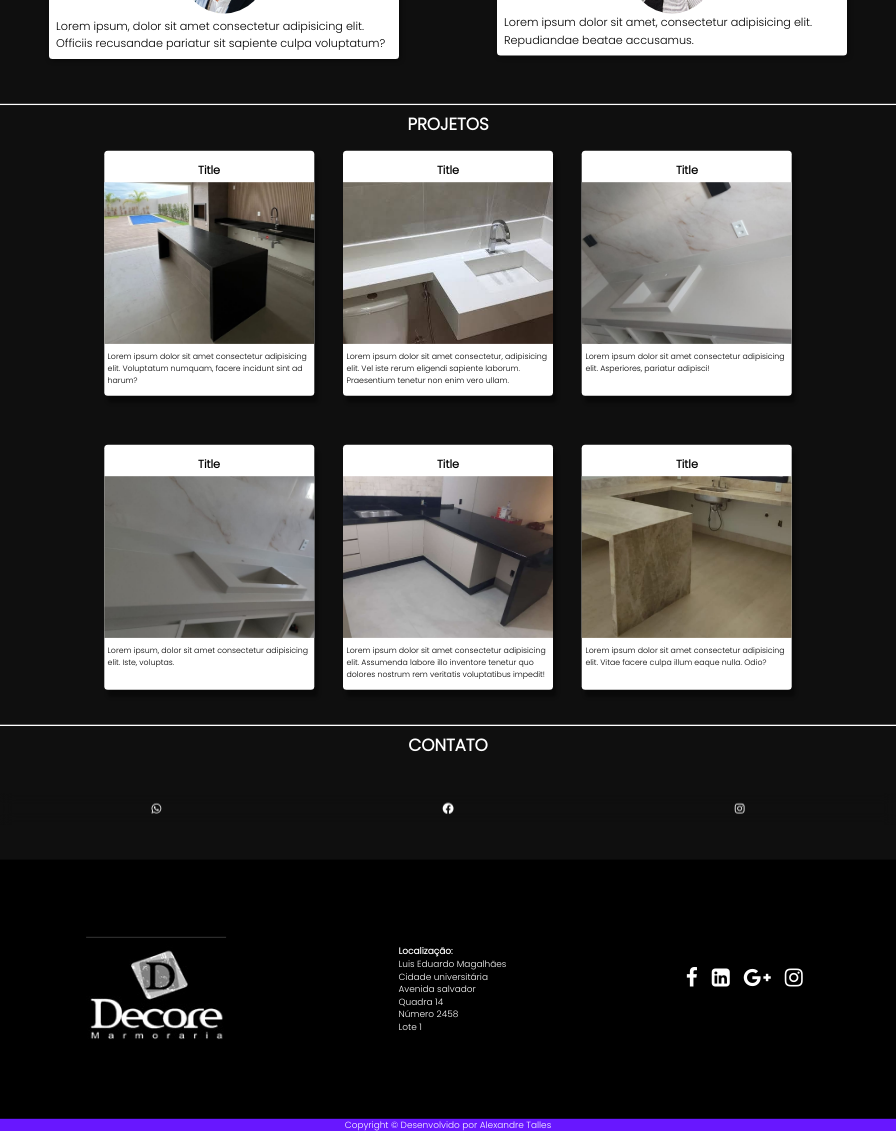
Repository: XFERRER7/projeto-xt7
Page: projetoMarmoraria/index.html
An editor plug-in stored every save of this project. The page is shown before and after the next save, followed by the edit.
The browser window is 1280 px wide. The pictures show the part of the page from y = 1316 to 3236 px (the page is 2932 px tall before and 3236 px after), at 70% of full size.
Some web libraries are served in a nearby version.

Above is the page before, as saved 2022-05-09 18:42:17.

### projetoMarmoraria/index.html
<!DOCTYPE html>
<html lang="pt-br">

<head>
  <meta charset="UTF-8">
  <meta http-equiv="X-UA-Compatible" content="IE=edge">
  <meta name="viewport" content="width=device-width, initial-scale=1.0">
  <title>Marmoraria Decore</title>
  <link rel="stylesheet" href="css/style.css">
  <link rel="stylesheet" href="https://cdnjs.cloudflare.com/ajax/libs/font-awesome/6.1.1/css/all.min.css"
    integrity="sha512-KfkfwYDsLkIlwQp6LFnl8zNdLGxu9YAA1QvwINks4PhcElQSvqcyVLLD9aMhXd13uQjoXtEKNosOWaZqXgel0g=="
    crossorigin="anonymous" referrerpolicy="no-referrer" />
  <link rel="stylesheet" href="https://cdnjs.cloudflare.com/ajax/libs/font-awesome/6.1.1/css/solid.min.css"
    integrity="sha512-qzgHTQ60z8RJitD5a28/c47in6WlHGuyRvMusdnuWWBB6fZ0DWG/KyfchGSBlLVeqAz+1LzNq+gGZkCSHnSd3g=="
    crossorigin="anonymous" referrerpolicy="no-referrer" />
  <link rel="stylesheet" href="https://cdnjs.cloudflare.com/ajax/libs/font-awesome/4.7.0/css/font-awesome.min.css" />

</head>

<body>

  <!-- ----------------------------------------------------------------------------------------------------------------- -->


  <!-- HEADER -->
  <header>
    <nav>
      <a class="logo" href="#">MARMORARIA <span id="decore">DECORE</span></a>
      <div class="mobile-menu">
        <div class="line1"></div>
        <div class="line2"></div>
        <div class="line3"></div>
      </div>
      <ul class="nav-list">
        <li><a href="#">Início</a></li>
        <li><a href="#">Sobre</a></li>
        <li><a href="#">Projetos</a></li>
        <li><a href="#">Contato</a></li>
      </ul>
    </nav>
    <div class="hero-section">
      <div class="hero-section-text">
        <h1 id="titulo-header">MARMORES SOB MEDIDA</h1>
        <p id="paragrafo-header">Lorem ipsum, dolor sit amet consectetur adipisicing elit.</p>
      </div>
    </div>
  </header>
  <!-- FIM DO HEADER -->


  <!-- ----------------------------------------------------------------------------------------------------------------- -->


  <!-- MAIN -->
  <main>

    <!-- SECTION B -->
    <section class="section-b">
      <h1 id="section-b-h1">SOBRE</h1>


      <!-- SOBRE PARA CELULAR -->
      <div class="cel">
        <div class="card" id="card-1"></div>
        <p class="text-sobre">Lorem ipsum dolor sit amet consectetur adipisicing elit. Aspernatur maxime illo architecto
          repellendus. Voluptatum ab magnam nihil suscipit, error quod iste dicta, quisquam fugiat, veritatis veniam
          aspernatur modi! Commodi aut officia optio reprehenderit hic sunt aspernatur ipsam minus, dicta qui omnis,
          ratione voluptatem quas sint labore. Temporibus id distinctio asperiores natus omnis earum amet. Obcaecati
          atque, a placeat necessitatibus dolorum labore rerum veritatis adipisci unde itaque iusto, voluptate quis
          tenetur voluptatibus doloremque at voluptates commodi! Ex recusandae repellat iste modi sapiente? Minus, ullam
          ad quia pariatur delectus quaerat velit sit labore aspernatur consequuntur possimus ipsum ipsam, vero ea
          expedita in sequi? Consequuntur iusto repellendus minus hic velit eum, veritatis molestias, sequi, laborum
          nisi consequatur. Dolore, amet placeat. Molestias molestiae aperiam soluta voluptatum odit voluptatem atque,
          repellendus asperiores maiores libero. Nulla odio alias reiciendis dolore cum deleniti beatae autem molestias
          earum minima accusamus nesciunt nostrum quos fugiat cupiditate molestiae, veniam doloremque.</p>
      </div>


      <!-- SOBRE PARA TELAS MAIORES -->
      <div class="imgtext">
        <div id="imgtext-img">
          <div id="content-imgtext-img"></div>
        </div>
        <div id="imgtext-text">
          <div id="content-imgtext-text">
            <p id="content-imgtext-text-p">Lorem ipsum dolor sit amet consectetur adipisicing elit. Odio non, itaque
              quae ut voluptas culpa quod amet dignissimos repellat consequuntur atque enim, nobis, commodi rerum. Quae
              iste repellat voluptatibus dignissimos numquam magnam et vel ratione temporibus, esse nihil eveniet a
              aperiam saepe enim debitis provident! Iure a accusantium voluptate doloribus, velit qui eum porro dicta
              ipsam quos facilis, id officiis molestiae est atque tempora, provident itaque explicabo voluptatem fugiat
              neque inventore eligendi. Reprehenderit fugit quod ratione fugiat inventore facere possimus fuga maiores
              recusandae, illum quaerat dolorum unde ipsa dolore asperiores alias nemo temporibus porro quam autem
              voluptate cumque velit optio nulla. Recusandae repudiandae aliquid explicabo veniam nisi illum numquam
              sequi quisquam aperiam, reprehenderit molestiae, cum animi itaque quo nesciunt facere cupiditate quasi
              quibusdam sed hic, aliquam tempora? Perspiciatis modi eligendi voluptatum, molestiae culpa recusandae
              neque eveniet voluptatibus repudiandae.</p>
          </div>
        </div>

      </div>

      <div class="container-about-person">

        <div class="about-person">
          <h4>Alberto Oliveira da Cruz</h4>
          <div class="img-person" id="person-1"></div>
          <p class="p-about-person">Lorem ipsum, dolor sit amet consectetur adipisicing elit. Officiis recusandae
            pariatur sit sapiente culpa voluptatum?</p>
        </div>

        <div class="about-person">
          <h4>Siluana</h4>
          <div class="img-person" id="person-2"></div>
          <p>Lorem ipsum dolor sit amet, consectetur adipisicing elit. Repudiandae beatae accusamus.</p>
        </div>

      </div>
    </section>


    <div class="divisa"></div>


    <!-- SECTION A -->
    <section class="section-a">
      <h1 id="section-a-h1">PROJETOS</h1>

      <!-- Container dos cards -->
      <div class="container-cards-main">

        <!-- Card 1 -->
        <div class="card-main">
          <h4 class="title-card">Title</h4>
          <div id="card-img-1"></div>
          <p class="descricao-card">Lorem ipsum dolor sit amet consectetur adipisicing elit. Voluptatum numquam, facere
            incidunt sint ad harum?</p>
        </div>

        <!-- Card 2 -->
        <div class="card-main">
          <h4 class="title-card">Title</h4>
          <div id="card-img-2"></div>
          <p class="descricao-card">Lorem ipsum dolor sit amet consectetur, adipisicing elit. Vel iste rerum eligendi
            sapiente laborum. Praesentium tenetur non enim vero ullam.</p>
        </div>

        <!-- Card 3 -->
        <div class="card-main">
          <h4 class="title-card">Title</h4>
          <div id="card-img-3"></div>
          <p class="descricao-card">Lorem ipsum dolor sit amet consectetur adipisicing elit. Asperiores, pariatur
            adipisci!</p>
        </div>

        <!-- Card 4 -->
        <div class="card-main">
          <h4 class="title-card">Title</h4>
          <div id="card-img-4"></div>
          <p class="descricao-card">Lorem ipsum, dolor sit amet consectetur adipisicing elit. Iste, voluptas.</p>
        </div>

        <!-- Card 5 -->
        <div class="card-main">
          <h4 class="title-card">Title</h4>
          <div id="card-img-5"></div>
          <p class="descricao-card">Lorem ipsum dolor sit amet consectetur adipisicing elit. Assumenda labore illo
            inventore tenetur quo dolores nostrum rem veritatis voluptatibus impedit!</p>
        </div>

        <!-- Card 6 -->
        <div class="card-main">
          <h4 class="title-card">Title</h4>
          <div id="card-img-6"></div>
          <p class="descricao-card">Lorem ipsum dolor sit amet consectetur adipisicing elit. Vitae facere culpa illum
            eaque nulla. Odio?</p>
        </div>
      </div>
    </section>



    <div class="divisa"></div>


    <!-- SECTION C -->
    <section class="section-c">
      <h1 id="section-c-h1">CONTATO</h1>
      <div id="main-div-img">
        <i class="fa-brands fa-whatsapp"></i>
        <i class="fa-brands fa-facebook"></i>
        <i class="fa-brands fa-instagram"></i>
      </div>
    </section>

  </main>
  <!-- FIM DO MAIN -->

  <!-- ----------------------------------------------------------------------------------------------------------------- -->

  <footer>
    <div class="container-footer">

      <div class="footer-up">
        <div class="footer-a block-footer-up">
          <div id="img-footer"></div>
        </div>
        <div class="footer-b block-footer-up">
          <h4>Localização:</h4>
          <p class="footer-b-p">Luis Eduardo Magalhães</p>
          <p class="footer-b-p">Cidade universitária</p>
          <p class="footer-b-p">Avenida salvador</p>
          <p class="footer-b-p">Quadra 14</p>
          <p class="footer-b-p">Número 2458</p>
          <p class="footer-b-p">Lote 1</p>
        </div>
        <div class="footer-c block-footer-up">
          <ul class="footer-c-list">
            <li><a href="#" class="medias"><i class="fa fa-facebook"></i></a></li>
            <li><a href="#" class="medias"><i class="fa fa-linkedin-square"></i></a></li>
            <li><a href="#" class="medias"><i class="fa fa-google-plus"></i></a></li>
            <li><a href="#" class="medias"><i class="fa fa-instagram"></i></a></li>
          </ul>
        </div>
      </div>

      <div id="footer-sub">
        <p>Copyright &copy; Desenvolvido por <span>Alexandre Talles</span></p>
      </div>






    </div>
  </footer>
  <script src="js/menu-bar.js"></script>
  <script src="js/changeText.js"></script>

</body>

</html>

### projetoMarmoraria/css/style.css
@import url('https://fonts.googleapis.com/css2?family=Poppins:ital,wght@0,300;1,100&display=swap');
@import url('https://fonts.googleapis.com/css2?family=Barlow:ital,wght@1,500&display=swap');

* {
  margin: 0;
  padding: 0;
  box-sizing: border-box;
  font-family: 'Poppins', sans-serif;
}

body {
  background-color: #0f0f0f;
  color: #ffffff;
}

::-webkit-scrollbar {
  width: 15px;
}

::-webkit-scrollbar-track {
  background: #000000;

}

::-webkit-scrollbar-thumb {
  background: rgb(154, 2, 255);
  border-radius: 3px;
}

/*----------------------------------MENU-BAR----------------------------------*/
nav a {
  color: rgb(37, 37, 37);
  text-decoration: none;
  transition: 0.8s;
}

nav a:hover {
  color: blue;
  opacity: 0.7;
}

.logo {
  font-size: 1.5em;
  text-transform: uppercase;
  color: rgb(26, 26, 26);
}

#decore {
  font-family: 'Barlow', sans-serif;
  color: #6817ff;
}

nav {
  display: flex;
  justify-content: space-around;
  align-items: center;
  font-family: 'Poppins', sans-serif;
  background: #ededed;
  height: 10vh;
  position: sticky;
  top: 0;
}


.nav-list {
  list-style: none;
  display: flex;
}

.nav-list li {
  letter-spacing: 3px;
  margin-left: 32px;
}

.mobile-menu {
  display: none;
  cursor: pointer;
}

.mobile-menu div {
  width: 32px;
  height: 2px;
  background: rgb(20, 24, 255);
  margin: 8px;
  transition: 0.3s;
}

@media (max-width: 999px) {
  body {
    overflow-x: hidden;
  }

  .nav-list {
    overflow-x: hidden;
    position: fixed;
    top: 10vh;
    right: 0;
    width: 50vw;
    height: 40vh;
    background: #ededed;
    flex-direction: column;
    align-items: center;
    justify-content: space-around;
    transform: translateX(100%);
    transition: transform 0.3s ease-in;
  }

  .nav-list li {
    margin-left: 0;
    opacity: 0;
  }

  .mobile-menu {
    display: block;
  }
}

@media (max-width: 300px) {
  .logo {
    font-size: 0.8rem;
  }
}

.nav-list.active {
  transform: translateX(0);
}

@keyframes navLinkFade {
  from {
    opacity: 0;
    transform: translateX(50px);
  }

  to {
    opacity: 1;
    transform: translateX(0);
  }
}

.mobile-menu.active .line1 {
  transform: rotate(-45deg) translate(-8px, 8px);
}

.mobile-menu.active .line2 {
  opacity: 0;
}

.mobile-menu.active .line3 {
  transform: rotate(45deg) translate(-5px, -7px);
}

/*------------------------------IMAGEM DO HEADER------------------------------*/
.hero-section {
  background-image: linear-gradient(to bottom, rgba(0, 0, 0, 0.516), rgba(0, 0, 0, 0.516)), url(../img/img-header.jpg);
  background-position: 50%;
  background-repeat: no-repeat;
  background-size: cover;
  height: 90vh;
  text-align: center;
  display: -webkit-flex;
  display: -ms-flexbox;
  display: flex;
  -webkit-align-items: center;
  -ms-flex-align: center;
  align-items: center;
  -webkit-justify-content: center;
  -ms-flex-pack: center;
  justify-content: center;
}

#titulo-header {
  font-size: 2.3rem;
}

#paragrafo-header {
  font-size: 0.8rem;
}

.hero-section .hero-section-text {
  color: #fefefe;
  text-shadow: 1px 1px 2px #0a0a0a;
}


main {
  margin: 0;
  padding: 0;
  width: 100%;
}

/*------------------------------------Sobre------------------------------------*/

.section-b {
  background-color: #0f0f0f;
  color: #ffffff;
  margin-bottom: 5%;
}

#section-b-h1 {
  text-align: center;
  padding-top: 10px;
}

.imgtext {
  display: flex;
  margin-top: 10px;
  margin-bottom: 10px;
  height: 55%;
  margin-top: 30px;
}

#imgtext-img {
  width: 50%;
}

#imgtext-text {
  height: 100%;
  width: 50%;

}

#content-imgtext-img {
  background-color: #cd06ff;
  background-image: url(../img/img-sobre.jpg);
  background-position: center;
  background-repeat: no-repeat;
  background-size: cover;
  height: 100%;
  width: 80%;
  margin-left: 5%;
}

#content-imgtext-text {
  margin-left: -50px;
}



@media (max-width: 999px) {

  .imgtext {
    display: none;
  }

  div.card {
    width: 90%;
    height: 250px;
    background-color: #000000;
    margin: 10px 20px 0px 0px;
    background-size: cover;
    background-position: center center;
    border-radius: 5px;
  }

  div.card:hover {
    transform: scale(1.05);
    transition: all 0.5s ease-in-out;
  }

  #card-1 {
    background-image: url(../img/img-sobre.jpg);
    margin-left: 20px;
  }

  .text-sobre {
    padding: 1.2rem;
    margin: auto;
  }


}

@media (min-width: 999px) {
  .card {
    display: none;
  }

  .cel {
    display: none;
  }

}

.divisa {
  height: 2px;
  background-color: #ffffff;
}

.container-about-person {
  display: flex;
  flex-wrap: wrap;
  margin-top: 45px;
}

.about-person {
  background-color: #ffffff;
  color: #000000;
  box-shadow: 2px 2px 8px rgba(0, 0, 0, 0.438);
  border-radius: 5px;
  min-height: 200px;
  width: 500px;
  margin: auto;
  display: flex;
  align-items: center;
  justify-content: center;
  flex-direction: column;
  padding: 10px;
  margin-top: 15px;
}

.img-person {
  background-position: center top;
  background-repeat: no-repeat;
  background-size: cover;
  border-radius: 50%;
  width: 120px;
  height: 120px;
}

.p-about-person {
  margin-top: 5px;
}

/*Arrumar img-person*/

#person-1 {
  background-image: url(../img/ceo-1.jpg);
}

#person-2 {
  background-image: url(../img/ceo-2.jpg);
  background-position: center;
}

/*------------------------------Projetos------------------------------*/

.section-a {
  background-color: #0f0f0f;
}

#section-a-h1 {
  text-align: center;
  padding-top: 10px;
}

.container-cards-main {
  width: 80%;
  margin: auto;
  display: flex;
  flex-wrap: wrap;
}

.card-main {
  height: 350px;
  background-color: rgb(255, 255, 255);
  color: #000000;
  width: 300px;
  margin: 20px auto;
  margin-bottom: 50px;
  border-radius: 5px;
  padding: 10px 0px 10px 0px;
  box-shadow: 5px 10px 5px rgba(0, 0, 0, 0.404);
  transition: all 0.8s ease;

}

.card-main:hover {
  transform: scale(1.03);
}


.title-card {
  padding: 5px;
  text-align: center;
}

.descricao-card {
  padding: 10px 5px 10px 5px;
  font-size: 0.7rem;

}

#card-img-1 {
  height: 70%;
  background-image: url(../img/1.jpeg);
  background-position: center center;
  background-repeat: no-repeat;
  background-size: cover;
}

#card-img-2 {
  height: 70%;
  background-image: url(../img/2.jpeg);
  background-position: center center;
  background-repeat: no-repeat;
  background-size: cover;
}

#card-img-3 {
  height: 70%;
  background-image: url(../img/3.jpeg);
  background-position: center center;
  background-repeat: no-repeat;
  background-size: cover;
}

#card-img-4 {
  height: 70%;
  background-image: url(../img/4.jpeg);
  background-position: bottom center;
  background-repeat: no-repeat;
  background-size: cover;
}

#card-img-5 {
  height: 70%;
  background-image: url(../img/5.jpeg);
  background-position: center center;
  background-repeat: no-repeat;
  background-size: cover;
}

#card-img-6 {
  height: 70%;
  background-image: url(../img/6.jpeg);
  background-position: center center;
  background-repeat: no-repeat;
  background-size: cover;
}

@media (max-width: 999px) {
  .card-main {
    height: 450px;
    width: 400px;


  }

}

/*-----------------------------------Contato-----------------------------------*/

.section-c {
  background-color: #0f0f0f;

}

#section-c-h1 {
  text-align: center;
  padding-top: 10px;
  margin-bottom: 50px;
}

#main-div-img {
  display: grid;
  grid-template-columns: repeat(3, 1fr);
  font-size: ;
  justify-items: center;
  padding: 15px;
  margin-bottom: 50px;
  backdrop-filter: blur(10px);
  -webkit-backdrop-filter: blur(5px);
}

.div-img {
  display: inline-block;
  width: 25%;
  text-align: center;
}

.div-linha {
  height: 2px;
  width: 100%;
}

.media {
  text-align: center;
}

/*-----------------------------------Footer-----------------------------------*/

.container-footer {
  background-color: #000000;
  color: #fff;
  font-size: 0.8rem;
  display: flex;
  align-items: center;
  justify-content: center;
  flex-direction: column;
}

.footer-up {
  background-color: #000000;
  height: 98%;
  width: 100%;
  display: flex;
  align-items: center;
  flex-direction: row;
}

.block-footer-up {
  padding: 10px;
  margin: 100px auto;
}

#footer-sub {
  background-color: #6817ff;
  width: 100%;
  text-align: center;
}

#img-footer {
  background-image: url(../img/img-footer.jpeg);
  background-repeat: no-repeat;
  background-position: center;
  background-size: cover;
  height: 150px;
  width: 200px;
}

.footer-c-list {
  list-style: none;
  display: flex;
  align-items: center;
  justify-content: center;
  margin: 1rem 0 3rem 0;
}

.footer-c-list li {
  margin: 0 10px;
}

.footer-c-list a {
  color: #ffffff;
  text-decoration: none;
}

.footer-c-list a:hover i {
  color: #f01872;
  transition: 0.5s ease;
}

.medias {
  font-size: 30px;
}

@media (max-width: 999px) {
  .footer-up {
    flex-direction: column;
  }

  .block-footer-up {
    padding: 10px;
    margin: 10px auto;
  }

}

### projetoMarmoraria/js/menu-bar.js
class MobileNavbar {
  constructor(mobileMenu, navList, navLinks) {
    this.mobileMenu = document.querySelector(mobileMenu);
    this.navList = document.querySelector(navList);
    this.navLinks = document.querySelectorAll(navLinks);
    this.activeClass = "active";

    this.handleClick = this.handleClick.bind(this);
  }

  animateLinks() {
    this.navLinks.forEach((link, index) => {
      link.style.animation
        ? (link.style.animation = "")
        : (link.style.animation = `navLinkFade 0.5s ease forwards ${
            index / 7 + 0.3
          }s`);
    });
  }

  handleClick() {
    this.navList.classList.toggle(this.activeClass);
    this.mobileMenu.classList.toggle(this.activeClass);
    this.animateLinks();
  }

  addClickEvent() {
    this.mobileMenu.addEventListener("click", this.handleClick);
  }

  init() {
    if (this.mobileMenu) {
      this.addClickEvent();
    }
    return this;
  }
}

const mobileNavbar = new MobileNavbar(
  ".mobile-menu",
  ".nav-list",
  ".nav-list li",
);
mobileNavbar.init();

### projetoMarmoraria/js/changeText.js
function mudarTextoLbl1() {
  document.getElementById('descricao').textContent = "Lorem ipsum dolor sit amet consectetur adipisicing elit. Hic, nisi exercitationem harum officia facilis nihil vitae eligendi provident architecto quis quod unde quas incidunt assumenda corporis iste repudiandae esse voluptatibus?";
}
function mudarTextoLbl2() {
  document.getElementById('descricao').textContent = "Lorem ipsum dolor sit, amet consectetur adipisicing elit. Sapiente distinctio ipsa incidunt non exercitationem laboriosam animi id accusamus placeat, commodi, veniam rerum ut! Fugiat tenetur unde nihil minima fuga veniam odio nulla pariatur eum reiciendis.";
}
function mudarTextoLbl3() {
  document.getElementById('descricao').textContent = "Lorem ipsum dolor sit amet consectetur adipisicing elit. Quas nisi saepe nobis? Maxime blanditiis illo animi tempora maiores expedita qui eum, iusto, ratione odit quia repellendus delectus voluptate nobis nam tenetur, officiis magnam quisquam fugiat dicta nisi id natus. Magnam.";
}
function mudarTextoLbl4() {
  document.getElementById('descricao').textContent = "Lorem ipsum dolor sit amet, consectetur adipisicing elit. Quos eius dolor libero iste impedit nesciunt animi totam corporis id quod.";
}
function mudarTextoLbl5() {
  document.getElementById('descricao').textContent = "Lorem ipsum dolor sit amet, consectetur adipisicing elit. Obcaecati nulla quos quia? Consectetur laudantium illum asperiores excepturi. Itaque ab, rem tempore ullam, fugit aspernatur est alias quaerat expedita nulla, unde recusandae dolore quidem reiciendis atque?";
}

After the next save:
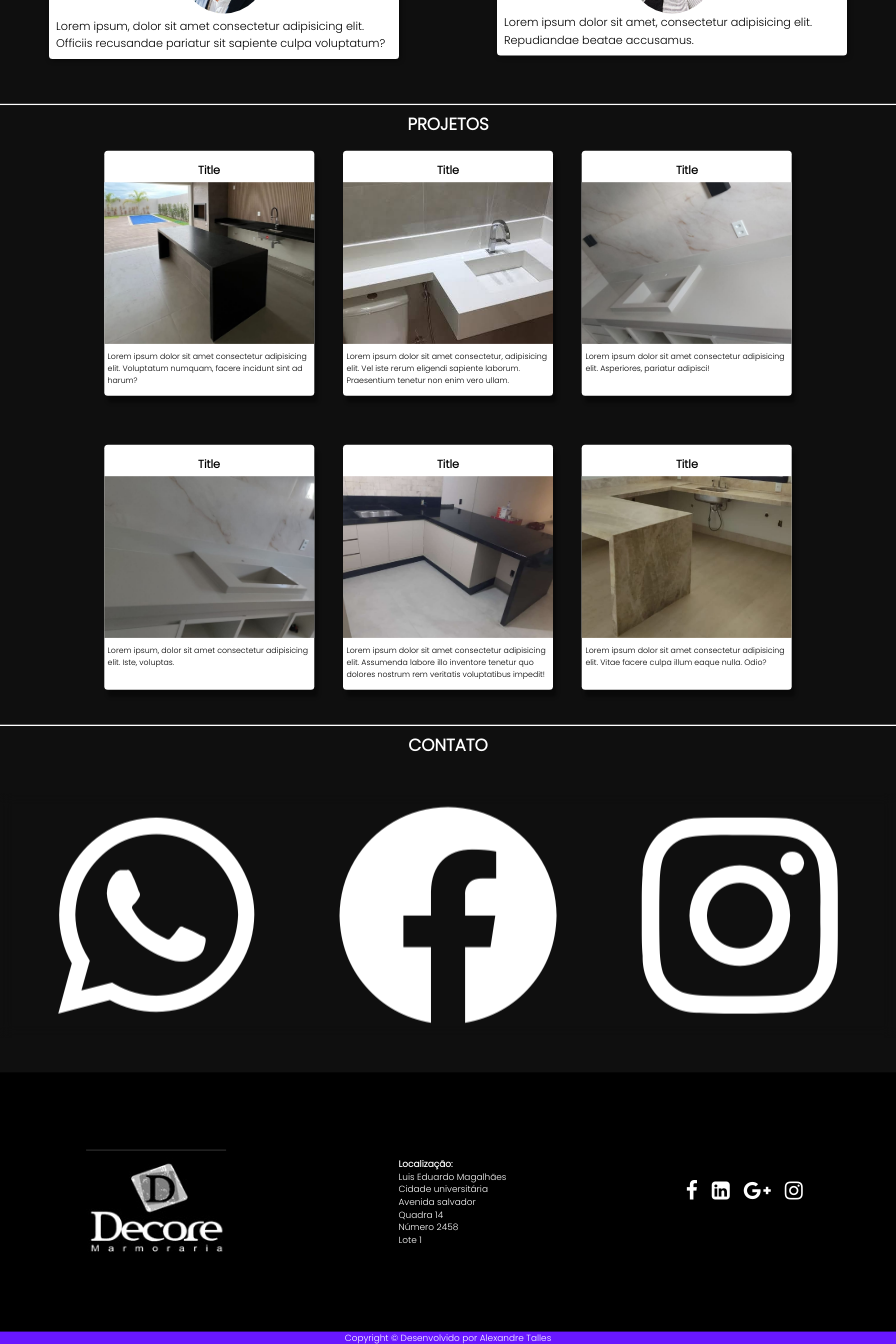
Saved 4 s later.
--- a/projetoMarmoraria/css/style.css
+++ b/projetoMarmoraria/css/style.css
@@ -454,7 +454,7 @@ main {
 #main-div-img {
   display: grid;
   grid-template-columns: repeat(3, 1fr);
-  font-size: ;
+  font-size: 20rem;
   justify-items: center;
   padding: 15px;
   margin-bottom: 50px;
